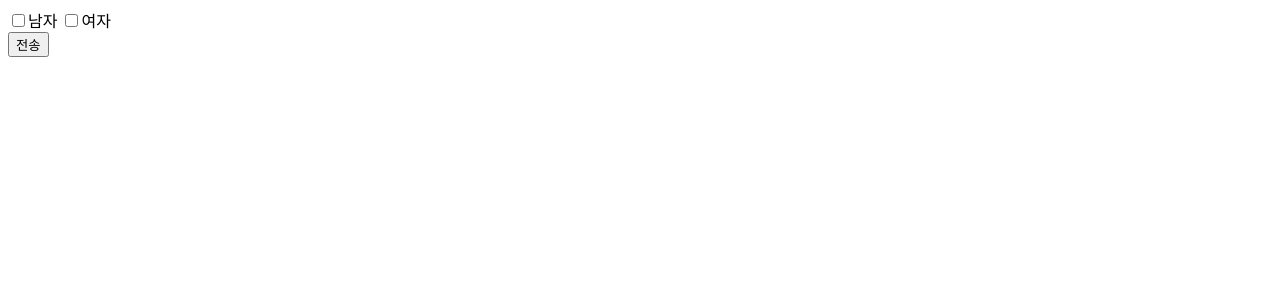
Repository: pro-hk/jsp
Page: http://localhost/chap02/checkbox.jsp
An editor plug-in stored every save of this project. The page is shown before and after the next save, followed by the edit.
The browser window is 1280 px wide. The pictures show the whole page.
The page is served by Tomcat 9.

Above is the page before, as saved 2022-01-21 05:09:52.

After the next save:
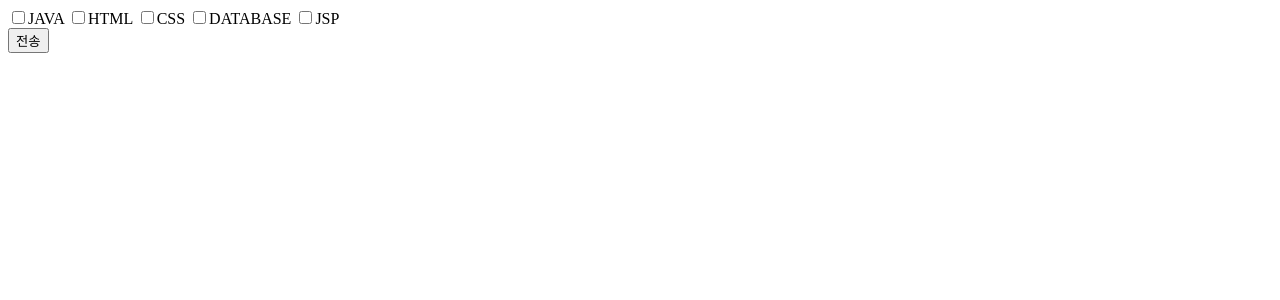
Saved 44 s later.
--- a/chap02/src/main/webapp/checkbox.jsp
+++ b/chap02/src/main/webapp/checkbox.jsp
@@ -8,8 +8,11 @@
 </head>
 <body>
 	<form action="RadioServlet" method="get">
-		<label><input type="checkbox" name="item" value="java"><span>남자</span></label>
-		<label><input type="checkbox" name="item" value="html"><span>여자</span></label>
+		<label><input type="checkbox" name="item" value="java"><span>JAVA</span></label>
+		<label><input type="checkbox" name="item" value="html"><span>HTML</span></label>
+		<label><input type="checkbox" name="item" value="css"><span>CSS</span></label>
+		<label><input type="checkbox" name="item" value="database"><span>DATABASE</span></label>
+		<label><input type="checkbox" name="item" value="jsp"><span>JSP</span></label>
 		<div><button>전송</button></div>
 	</form>
 </body>
